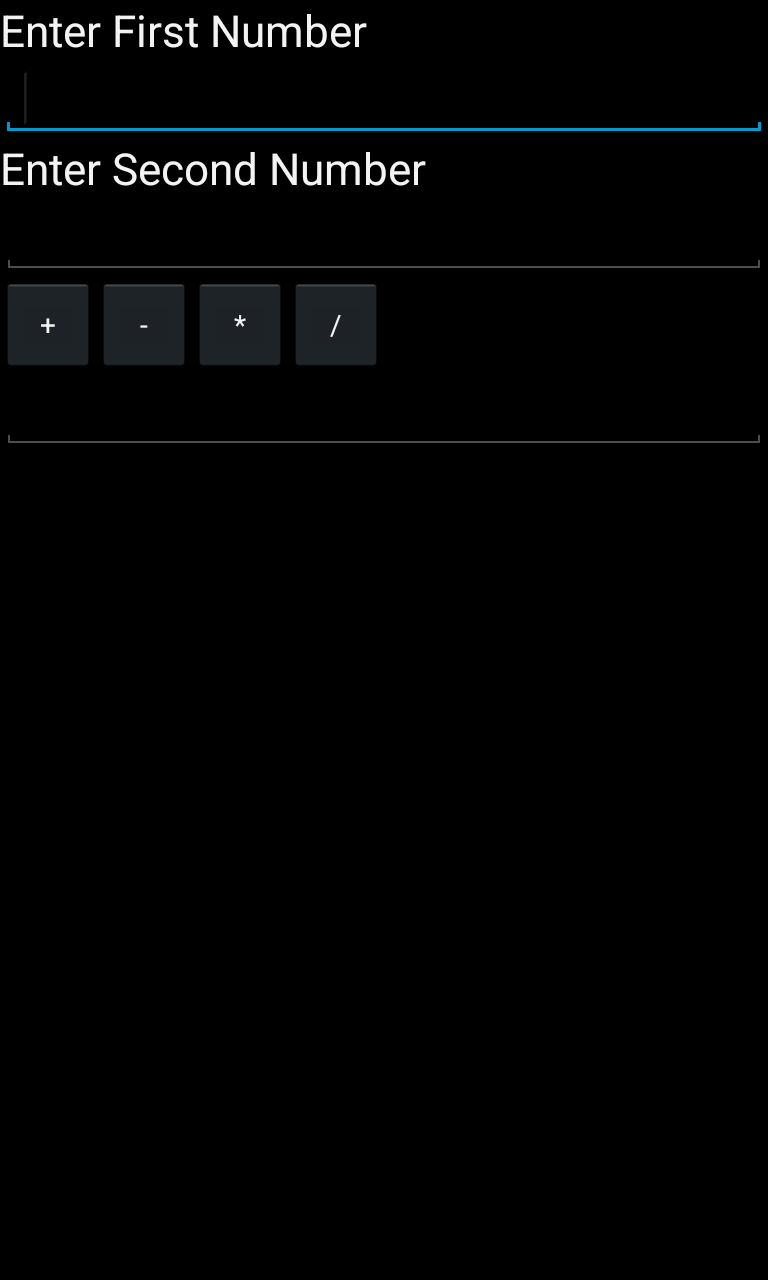
Repository: arcode/Android5124
Layout: Calculator/res/layout/main.xml
An editor plug-in stored every save of this project. The layout is shown before and after the next save, followed by the edit.
It is drawn on a 768 x 1280 px phone screen (xhdpi) without system bars, with theme android:Theme.Holo; the app's code is not run.

Above is the layout before, as saved 2012-08-10 06:23:03.

After the next save:
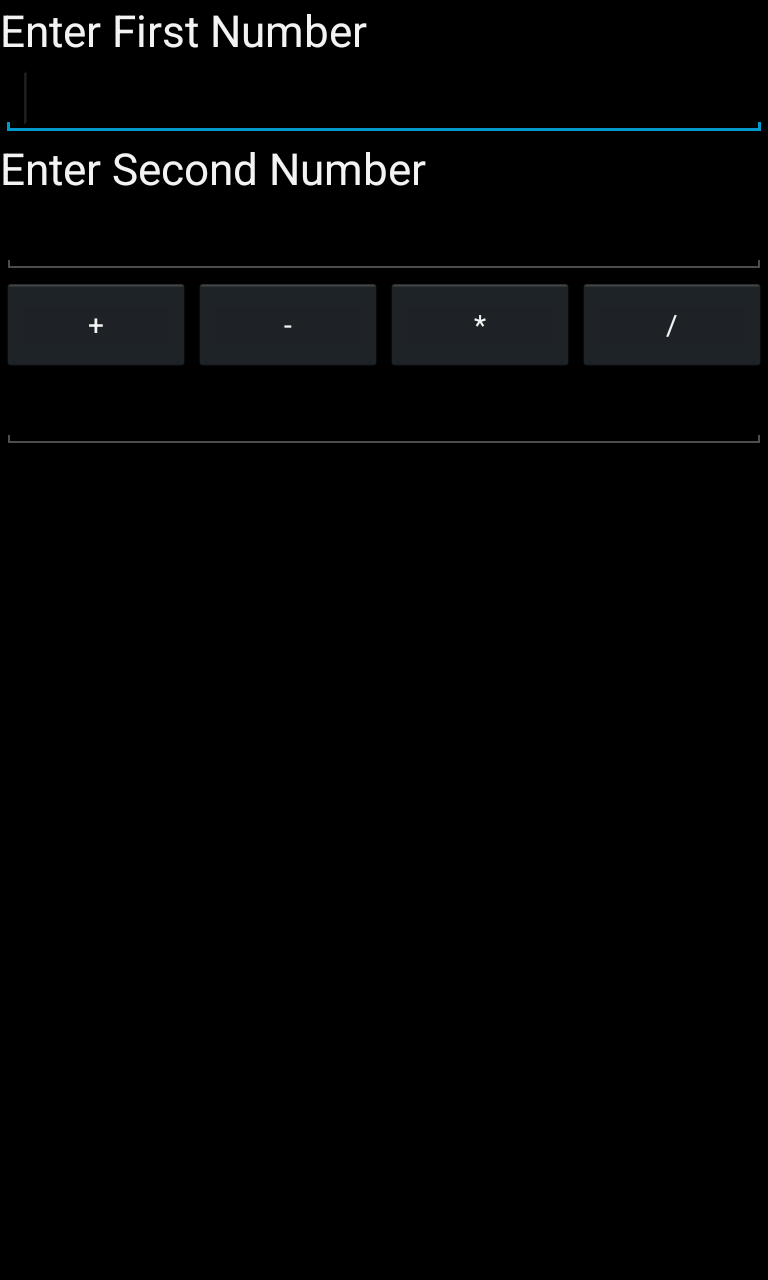
Saved 42 s later.
--- a/Calculator/res/layout/main.xml
+++ b/Calculator/res/layout/main.xml
@@ -44,28 +44,32 @@
             style="?android:attr/buttonStyleSmall"
             android:layout_width="wrap_content"
             android:layout_height="wrap_content"
-            android:text="+" />
+            android:text="+"
+            android:layout_weight="1"/>
 
         <Button
             android:id="@+id/minusBtn"
             style="?android:attr/buttonStyleSmall"
             android:layout_width="wrap_content"
             android:layout_height="wrap_content"
-            android:text="-" />
+            android:text="-"
+            android:layout_weight="1" />
 
         <Button
             android:id="@+id/multiplyBtn"
             style="?android:attr/buttonStyleSmall"
             android:layout_width="wrap_content"
             android:layout_height="wrap_content"
-            android:text="*" />
+            android:text="*"
+            android:layout_weight="1" />
 
         <Button
             android:id="@+id/divideBtn"
             style="?android:attr/buttonStyleSmall"
             android:layout_width="wrap_content"
             android:layout_height="wrap_content"
-            android:text="/" />
+            android:text="/"
+            android:layout_weight="1" />
 
     </LinearLayout>
 
